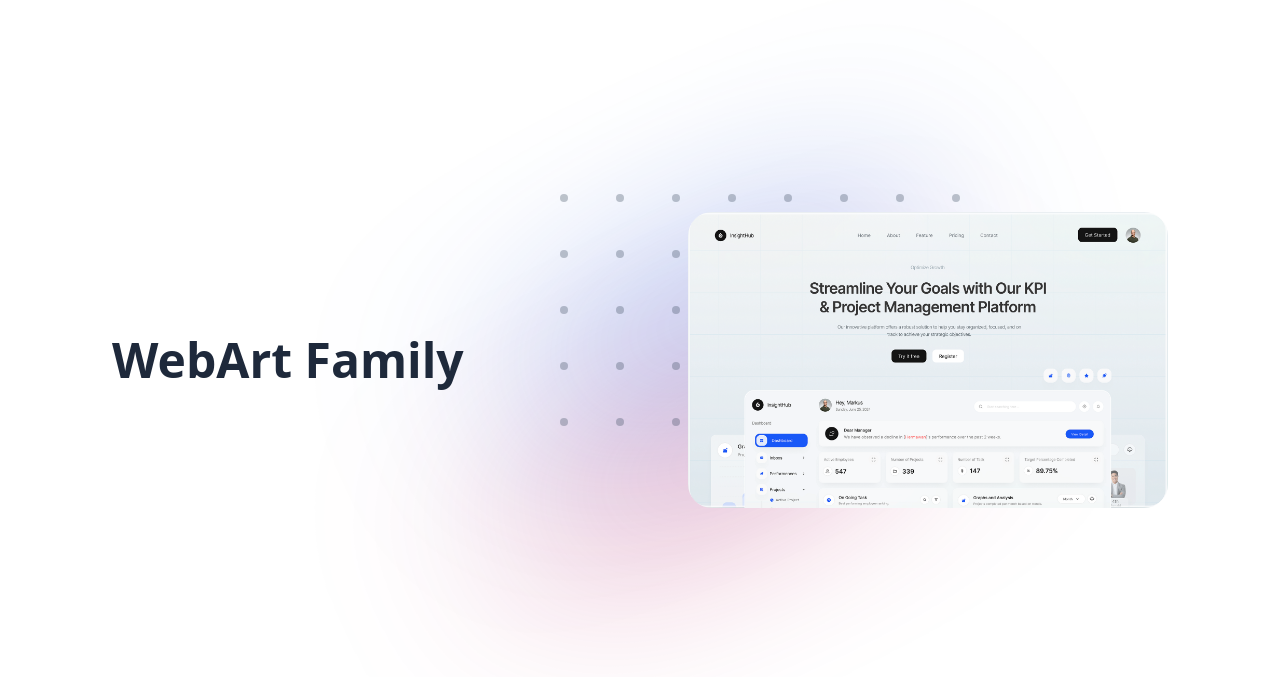
Repository: 30namp/youtube-web-art-code
Page: stunning landing page 1/index.html
An editor plug-in stored every save of this project. The page is shown before and after the next save, followed by the edit.
The browser window is 1280 px wide. The pictures show the whole page.

Above is the page before, as saved 2024-09-26 18:30:08.

### stunning landing page 1/index.html
<!DOCTYPE html>
<html lang="en">
  <head>
    <meta charset="UTF-8" />
    <meta name="viewport" content="width=device-width, initial-scale=1.0" />
    <title>WebArt Design</title>
    <script src="./tailwindcss.min.js"></script>
  </head>
  <body class="min-h-screen">
    <div
      class="absolute right-[25%] top-[60%] h-12 w-[30rem] rounded-[100%] rotate-[-25deg] bg-pink-700 blur-[6rem]"
    ></div>
    <div
      class="absolute right-[25%] top-[40%] h-12 w-[30rem] rounded-[100%] rotate-[-25deg] bg-blue-700 blur-[6rem]"
    ></div>
    <div class="grid grid-cols-8 gap-12 absolute right-[25%] top-[27%]">
      <div class="rounded-full bg-slate-700/30 size-2 shadow-lg"></div>
      <div class="rounded-full bg-slate-700/30 size-2 shadow-lg"></div>
      <div class="rounded-full bg-slate-700/30 size-2 shadow-lg"></div>
      <div class="rounded-full bg-slate-700/30 size-2 shadow-lg"></div>
      <div class="rounded-full bg-slate-700/30 size-2 shadow-lg"></div>
      <div class="rounded-full bg-slate-700/30 size-2 shadow-lg"></div>
      <div class="rounded-full bg-slate-700/30 size-2 shadow-lg"></div>
      <div class="rounded-full bg-slate-700/30 size-2 shadow-lg"></div>
      <div class="rounded-full bg-slate-700/30 size-2 shadow-lg"></div>
      <div class="rounded-full bg-slate-700/30 size-2 shadow-lg"></div>
      <div class="rounded-full bg-slate-700/30 size-2 shadow-lg"></div>
      <div class="rounded-full bg-slate-700/30 size-2 shadow-lg"></div>
      <div class="rounded-full bg-slate-700/30 size-2 shadow-lg"></div>
      <div class="rounded-full bg-slate-700/30 size-2 shadow-lg"></div>
      <div class="rounded-full bg-slate-700/30 size-2 shadow-lg"></div>
      <div class="rounded-full bg-slate-700/30 size-2 shadow-lg"></div>
      <div class="rounded-full bg-slate-700/30 size-2 shadow-lg"></div>
      <div class="rounded-full bg-slate-700/30 size-2 shadow-lg"></div>
      <div class="rounded-full bg-slate-700/30 size-2 shadow-lg"></div>
      <div class="rounded-full bg-slate-700/30 size-2 shadow-lg"></div>
      <div class="rounded-full bg-slate-700/30 size-2 shadow-lg"></div>
      <div class="rounded-full bg-slate-700/30 size-2 shadow-lg"></div>
      <div class="rounded-full bg-slate-700/30 size-2 shadow-lg"></div>
      <div class="rounded-full bg-slate-700/30 size-2 shadow-lg"></div>
      <div class="rounded-full bg-slate-700/30 size-2 shadow-lg"></div>
      <div class="rounded-full bg-slate-700/30 size-2 shadow-lg"></div>
      <div class="rounded-full bg-slate-700/30 size-2 shadow-lg"></div>
      <div class="rounded-full bg-slate-700/30 size-2 shadow-lg"></div>
      <div class="rounded-full bg-slate-700/30 size-2 shadow-lg"></div>
      <div class="rounded-full bg-slate-700/30 size-2 shadow-lg"></div>
      <div class="rounded-full bg-slate-700/30 size-2 shadow-lg"></div>
      <div class="rounded-full bg-slate-700/30 size-2 shadow-lg"></div>
      <div class="rounded-full bg-slate-700/30 size-2 shadow-lg"></div>
      <div class="rounded-full bg-slate-700/30 size-2 shadow-lg"></div>
      <div class="rounded-full bg-slate-700/30 size-2 shadow-lg"></div>
      <div class="rounded-full bg-slate-700/30 size-2 shadow-lg"></div>
      <div class="rounded-full bg-slate-700/30 size-2 shadow-lg"></div>
      <div class="rounded-full bg-slate-700/30 size-2 shadow-lg"></div>
      <div class="rounded-full bg-slate-700/30 size-2 shadow-lg"></div>
      <div class="rounded-full bg-slate-700/30 size-2 shadow-lg"></div>
    </div>

    <div
      class="hero-section relative h-screen flex justify-around items-center"
    >
      <div class="content">
        <h1 class="text-5xl font-bold text-slate-800">WebArt Family</h1>
      </div>
      <img class="w-[30rem] rounded-3xl" src="./img.png" alt="" />
    </div>
  </body>
</html>

Loaded but not shown: stunning landing page 1/tailwindcss.min.js (library)

After the next save:
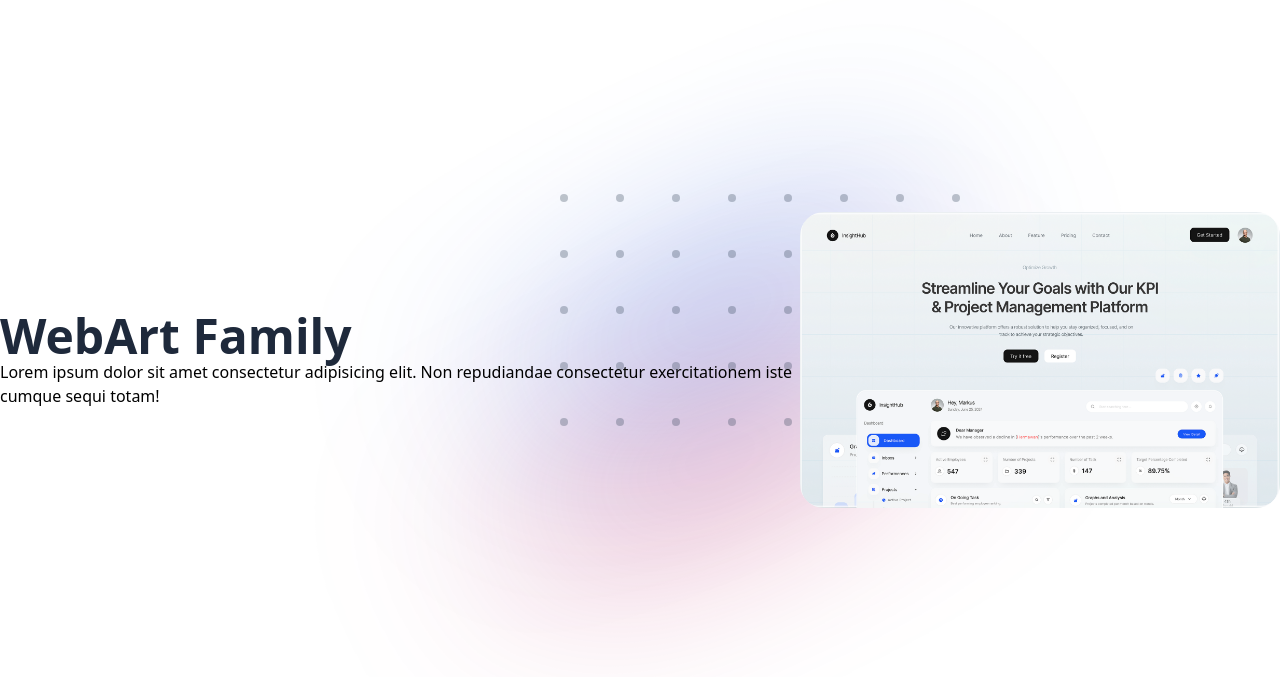
Saved 14 s later.
--- a/stunning landing page 1/index.html
+++ b/stunning landing page 1/index.html
@@ -61,6 +61,10 @@
     >
       <div class="content">
         <h1 class="text-5xl font-bold text-slate-800">WebArt Family</h1>
+        <div class="description">
+          Lorem ipsum dolor sit amet consectetur adipisicing elit. Non
+          repudiandae consectetur exercitationem iste cumque sequi totam!
+        </div>
       </div>
       <img class="w-[30rem] rounded-3xl" src="./img.png" alt="" />
     </div>
